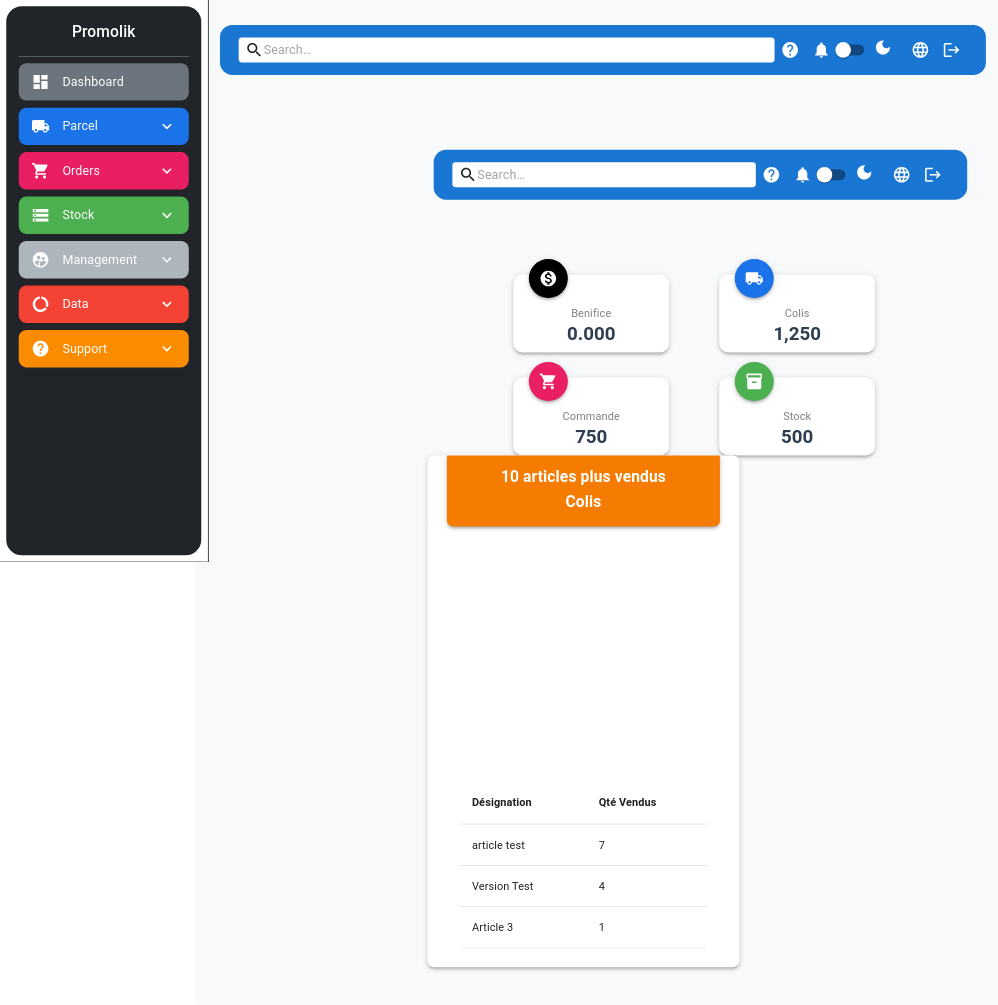
Repository: yosrjdly/stk
Page: /dashboard (app in dashboard/)
An editor plug-in stored every save of this project. The page is shown before and after the next save, followed by the edit.
The browser window is 1280 px wide. The pictures show the whole page, at 78% of full size.
The project was rebuilt for these pictures with package versions that can differ from the ones it lists, and the page was loaded fresh each time. The framework's server and built-in components were replaced by stand-ins that run in the browser. Also part of the build but not shown: dashboard/next.config.ts.

Above is the page before, as saved 2025-02-14 18:22:46.

After the next save:
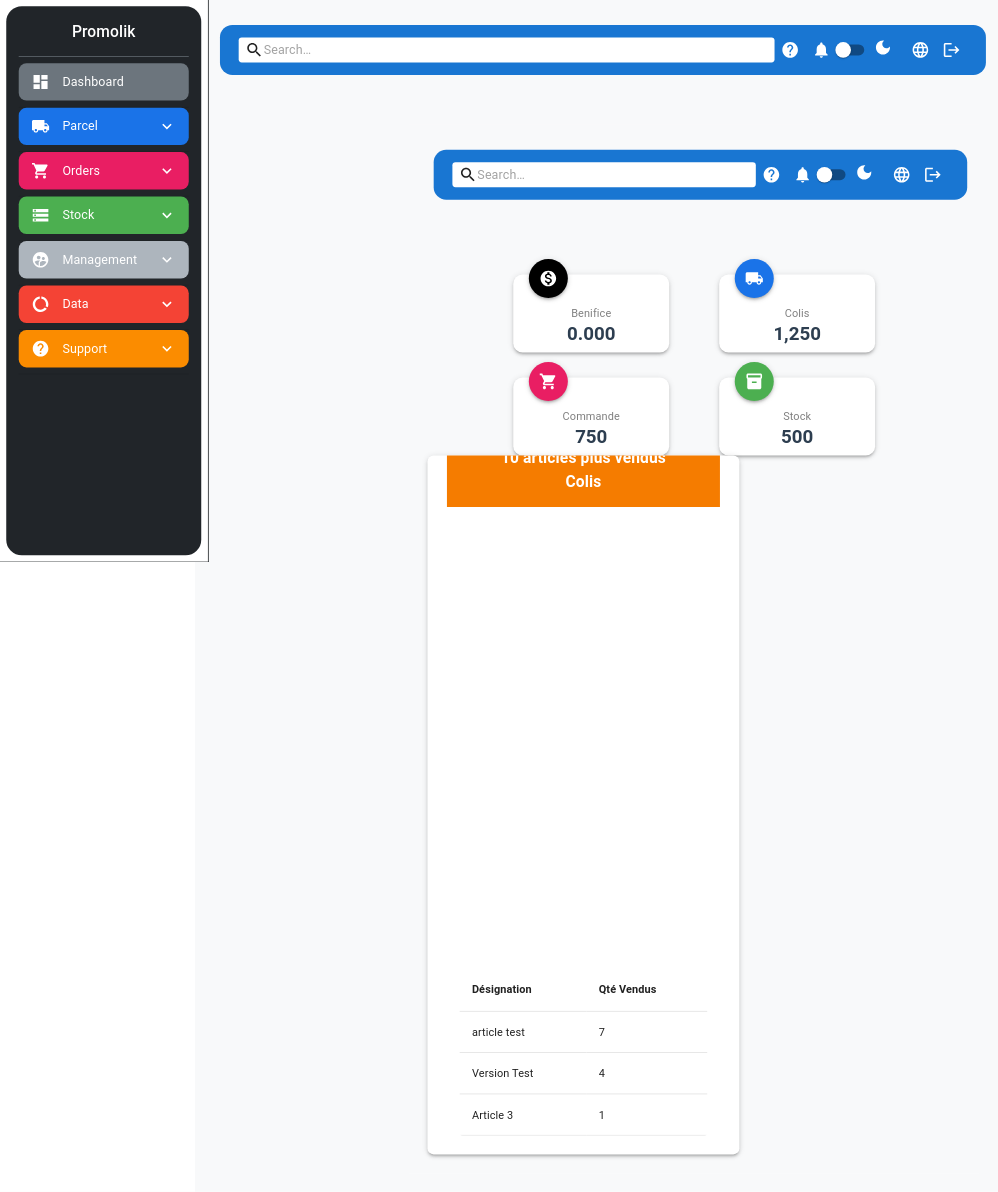
Saved 12 s later.
--- a/dashboard/src/componenets/cards/mediumCard/TopSellingCard.tsx
+++ b/dashboard/src/componenets/cards/mediumCard/TopSellingCard.tsx
@@ -11,19 +11,7 @@ const data = [
 const TopSellingCard = () => {
   return (
     <Card sx={{ width: 400, borderRadius: 2, boxShadow: 3, overflow: "hidden", display: "flex", flexDirection: "column", alignItems: "center", justifyContent: "center", position: "relative" }}>
-      <CardContent sx={{
-        backgroundColor: "#f57c00",
-        color: "white",
-        textAlign: "center",
-        padding: 2,
-        width: 350,
-        position: "absolute",
-        top: -5,
-        left: "50%",
-        transform: "translateX(-50%)",
-        borderRadius: 2,
-        boxShadow: 3,
-      }}>
+      <CardContent sx={{ backgroundColor: "#f57c00", color: "white", textAlign: "center", padding: 2, width: 350, position: "absolute", top: -30 }}>
         <Typography variant="h6" fontWeight="bold">
           10 articles plus vendus
         </Typography>
@@ -31,7 +19,7 @@ const TopSellingCard = () => {
           Colis
         </Typography>
       </CardContent>
-      <CardContent sx={{ width: 350, marginTop: 50 }}>
+      <CardContent sx={{ width: 350, marginTop: 80 }}>
         <TableContainer component={Paper} elevation={0} sx={{ boxShadow: "none" }}>
           <Table>
             <TableHead>
